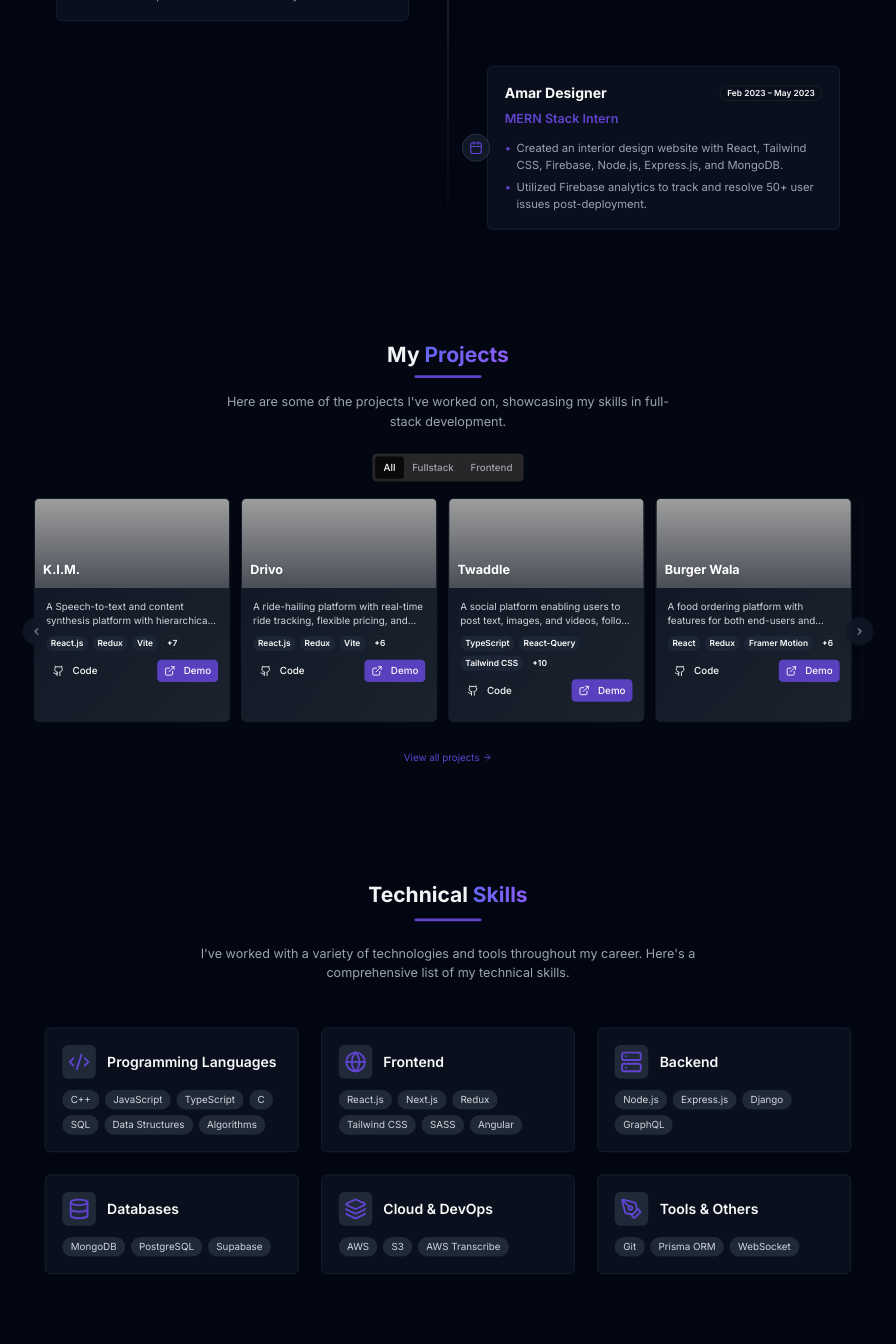
Repository: NoobCoderY/Yash
Page: /
The author's editor kept a copy of each file at every save. The page is drawn from the files as they stood at one save, then again after the next save.
The browser window is 1280 px wide. The pictures show the part of the page from y = 2510 to 4430 px (the page is 5536 px tall), at 70% of full size.
Pictures or frames that could not be fetched are drawn as grey boxes. The project was rebuilt for these pictures with package versions that can differ from the ones it lists, and the page was loaded fresh each time. The framework's server and built-in components were replaced by stand-ins that run in the browser. Also part of the build but not shown: next.config.mjs, app/actions/send-email.ts.

Above is the page before, as saved 2025-04-13 10:12:01.

### app/layout.tsx
import type React from "react"
import "./globals.css"
import type { Metadata } from "next"
import { Inter } from "next/font/google"
import { ThemeProvider } from "@/components/theme-provider"

const inter = Inter({ subsets: ["latin"] })

export const metadata: Metadata = {
  title: "Yash Diwaker | Full Stack Developer",
  description: "Portfolio of Yash Diwaker, Full Stack Developer specializing in MERN stack and AWS",
    generator: 'v0.dev'
}

export default function RootLayout({
  children,
}: Readonly<{
  children: React.ReactNode
}>) {
  return (
    <html lang="en" suppressHydrationWarning>
      <body className={inter.className}>
        <ThemeProvider attribute="class" defaultTheme="dark" enableSystem disableTransitionOnChange>
          {children}
        </ThemeProvider>
      </body>
    </html>
  )
}


import './globals.css'

### app/page.tsx
import Hero from "@/components/hero"
import Navbar from "@/components/navbar"
import About from "@/components/about"
import Experience from "@/components/experience"
import Projects from "@/components/projects"
import Skills from "@/components/skills"
import Contact from "@/components/contact"
import Footer from "@/components/footer"

export default function Home() {
  return (
    <div className="min-h-screen bg-gray-950 text-gray-100">
      <Navbar />
      <main className="container mx-auto px-4 sm:px-6 lg:px-8">
        <Hero />
        <About />
        <Experience />
        <Projects />
        <Skills />
        <Contact />
      </main>
      <Footer />
    </div>
  )
}

### components/projects.tsx
'use client';

import { useState, useRef } from 'react';
import { motion } from 'framer-motion';
import { useInView } from 'framer-motion';
import { Card, CardContent } from '@/components/ui/card';
import { Badge } from '@/components/ui/badge';
import { Button } from '@/components/ui/button';
import { Tabs, TabsContent, TabsList, TabsTrigger } from '@/components/ui/tabs';
import {
  ExternalLink,
  Github,
  ChevronLeft,
  ChevronRight,
  ArrowRight,
} from 'lucide-react';
import Link from 'next/link';

export default function Projects() {
  const ref = useRef(null);
  const carouselRef = useRef<HTMLDivElement>(null);
  const isInView = useInView(ref, { once: true, margin: '-100px' });
  const [activeTab, setActiveTab] = useState('all');

  const projects = [
    {
      title: 'K.I.M.',
      description:
        'A Speech-to-text and content synthesis platform with hierarchical management of companies, departments, and projects.',
      image: '/placeholder.svg?height=300&width=500',
      tags: [
        'React.js',
        'Redux',
        'Vite',
        'Django',
        'AWS Transcribe',
        'PostgreSQL',
        'Mistral AI',
        'FFMPEG',
        'Mailjet',
        'AWS S3',
      ],
      category: 'fullstack',
      github: '#',
      demo: '#',
    },
    {
      title: 'Drivo',
      description:
        'A ride-hailing platform with real-time ride tracking, flexible pricing, and geolocation services using WebSocket and Google Maps API.',
      image: '/placeholder.svg?height=300&width=500',
      tags: [
        'React.js',
        'Redux',
        'Vite',
        'Node.js',
        'Express.js',
        'WebSocket',
        'MongoDB',
        'Google Maps API',
        'Tailwind CSS',
      ],
      category: 'fullstack',
      github: '#',
      demo: '#',
    },
    {
      title: 'Twaddle',
      description:
        'A social platform enabling users to post text, images, and videos, follow others, and view personalized feeds using GraphQL and Prisma ORM.',
      image: '/placeholder.svg?height=300&width=500',
      tags: [
        'TypeScript',
        'React-Query',
        'Tailwind CSS',
        'Next.js',
        'AWS',
        'JSON Web Tokens',
        'Prisma ORM',
        'Google OAuth',
        'GraphQL',
        'Node.js',
        'Supabase',
        'PostgreSQL',
        'Codegen',
      ],
      category: 'fullstack',
      github: '#',
      demo: '#',
    },
    {
      title: 'Burger Wala',
      description:
        'A food ordering platform with features for both end-users and admins, including online payment integration with Razorpay.',
      image: '/placeholder.svg?height=300&width=500',
      tags: [
        'React',
        'Redux',
        'Framer Motion',
        'Express.js',
        'Node.js',
        'MongoDB',
        'Passport.js',
        'Razorpay',
        'Chart.js',
      ],
      category: 'fullstack',
      github: '#',
      demo: '#',
    },
    {
      title: 'Crypto Tracker',
      description:
        'A React-based cryptocurrency tracking application featuring live data charts, favorite coin management, and real-time price updates.',
      image: '/placeholder.svg?height=300&width=500',
      tags: [
        'React.js',
        'Redux',
        'Chart.js',
        'CoinGecko API',
        'Axios',
        'Tailwind CSS',
        'React Query',
        'LocalStorage',
        'Vite',
        'Framer Motion',
      ],
      category: 'frontend',
      github: '#',
      demo: '#',
    },
    {
      title: 'E-Commerce Admin Dashboard',
      description:
        'A comprehensive admin dashboard for managing e-commerce orders, products, and customer data with sales analytics.',
      image: '/placeholder.svg?height=300&width=500',
      tags: [
        'MongoDB',
        'Express.js',
        'React.js',
        'Node.js',
        'Redux',
        'Chart.js',
        'JWT Authentication',
        'Mongoose',
        'Tailwind CSS',
        'Axios',
        'React Table',
      ],
      category: 'fullstack',
      github: '#',
      demo: '#',
    },
    {
      title: 'Quiz Application',
      description:
        'An interactive quiz platform allowing users to create, share, and participate in quizzes across various categories.',
      image: '/placeholder.svg?height=300&width=500',
      tags: [
        'MongoDB',
        'Express.js',
        'React.js',
        'Node.js',
        'Redux',
        'Socket.io',
        'JWT Authentication',
        'Mongoose',
        'Tailwind CSS',
        'React Hook Form',
      ],
      category: 'fullstack',
      github: '#',
      demo: '#',
    },
  ];

  // Get unique categories
  const categories = [
    'all',
    ...new Set(projects.map((project) => project.category)),
  ];

  // Filter projects based on active tab
  const filteredProjects =
    activeTab === 'all'
      ? projects
      : projects.filter((project) => project.category === activeTab);

  const scroll = (direction: 'left' | 'right') => {
    if (carouselRef.current) {
      const { current } = carouselRef;
      const scrollAmount =
        direction === 'left' ? -current.clientWidth : current.clientWidth;
      current.scrollBy({ left: scrollAmount, behavior: 'smooth' });
    }
  };

  const cardVariants = {
    hidden: { opacity: 0, y: 20 },
    visible: (i: number) => ({
      opacity: 1,
      y: 0,
      transition: {
        delay: 0.05 * i,
        duration: 0.4,
      },
    }),
  };

  return (
    <section
      id='projects'
      className='py-16 overflow-hidden'
    >
      <div className='container mx-auto px-4'>
        <motion.div
          initial={{ opacity: 0, y: 20 }}
          animate={isInView ? { opacity: 1, y: 0 } : { opacity: 0, y: 20 }}
          transition={{ duration: 0.5 }}
          ref={ref}
          className='text-center mb-8'
        >
          <h2 className='text-3xl font-bold mb-3'>
            My <span className='gradient-text'>Projects</span>
          </h2>
          <div className='w-24 h-1 bg-primary mx-auto mb-5 rounded-full'></div>
          <p className='text-lg text-gray-400 max-w-2xl mx-auto'>
            Here are some of the projects I've worked on, showcasing my skills
            in full-stack development.
          </p>
        </motion.div>

        <Tabs
          defaultValue='all'
          value={activeTab}
          onValueChange={setActiveTab}
          className='mb-6'
        >
          <div className='flex justify-center mb-6'>
            <TabsList>
              {categories.map((category) => (
                <TabsTrigger
                  key={category}
                  value={category}
                  className='capitalize'
                >
                  {category}
                </TabsTrigger>
              ))}
            </TabsList>
          </div>

          <TabsContent
            value={activeTab}
            className='mt-0 relative'
          >
            <div className='absolute -left-4 top-1/2 -translate-y-1/2 z-10'>
              <Button
                variant='ghost'
                size='icon'
                className='rounded-full bg-gray-900/80 backdrop-blur-sm hover:bg-gray-800 shadow-lg'
                onClick={() => scroll('left')}
              >
                <ChevronLeft className='h-5 w-5' />
                <span className='sr-only'>Scroll left</span>
              </Button>
            </div>

            <div
              ref={carouselRef}
              className='flex overflow-x-auto gap-4 pb-4 snap-x snap-mandatory hide-scrollbar'
              style={{ scrollbarWidth: 'none', msOverflowStyle: 'none' }}
            >
              {filteredProjects.map((project, i) => (
                <motion.div
                  key={i}
                  custom={i}
                  variants={cardVariants}
                  initial='hidden'
                  animate={isInView ? 'visible' : 'hidden'}
                  className='min-w-[280px] max-w-[280px] snap-start'
                >
                  <Card className='h-[320px] bg-gradient-to-br from-gray-900/90 to-gray-800/80 border-gray-800 hover:border-primary/40 transition-all duration-300 overflow-hidden group relative'>
                    <div className='absolute inset-0 bg-gradient-to-br from-primary/10 to-purple-900/10 opacity-0 group-hover:opacity-100 transition-opacity duration-500'></div>

                    <div className='relative h-32 overflow-hidden'>
                      <img
                        src={project.image || '/placeholder.svg'}
                        alt={project.title}
                        className='w-full h-full object-cover transition-transform duration-700 group-hover:scale-110'
                      />
                      <div className='absolute inset-0 bg-gradient-to-t from-gray-900 to-transparent opacity-60'></div>
                      <div className='absolute bottom-0 left-0 w-full p-3'>
                        <h3 className='text-lg font-bold text-white drop-shadow-md'>
                          {project.title}
                        </h3>
                      </div>
                    </div>

                    <CardContent className='p-4'>
                      <p className='text-gray-300 text-sm mb-3 line-clamp-2 h-10'>
                        {project.description}
                      </p>

                      <div className='flex flex-wrap gap-1.5 mb-3'>
                        {project.tags.slice(0, 3).map((tag, index) => (
                          <Badge
                            key={index}
                            variant='secondary'
                            className='text-xs px-1.5 py-0.5 bg-gray-800/80'
                          >
                            {tag}
                          </Badge>
                        ))}
                        {project.tags.length > 3 && (
                          <Badge
                            variant='outline'
                            className='text-xs px-1.5 py-0.5'
                          >
                            +{project.tags.length - 3}
                          </Badge>
                        )}
                      </div>

                      <div className='flex justify-between mt-auto'>
                        <Link
                          href={project.github}
                          target='_blank'
                          rel='noopener noreferrer'
                        >
                          <Button
                            variant='ghost'
                            size='sm'
                            className='h-8 px-2.5'
                          >
                            <Github className='h-3.5 w-3.5 mr-1' />
                            Code
                          </Button>
                        </Link>
                        <Link
                          href={project.demo}
                          target='_blank'
                          rel='noopener noreferrer'
                        >
                          <Button
                            size='sm'
                            className='h-8 px-2.5 bg-primary/90 hover:bg-primary'
                          >
                            <ExternalLink className='h-3.5 w-3.5 mr-1' />
                            Demo
                          </Button>
                        </Link>
                      </div>
                    </CardContent>

                    <div className='absolute inset-0 bg-gradient-to-t from-black to-transparent opacity-0 group-hover:opacity-20 transition-opacity duration-300 pointer-events-none'></div>
                  </Card>
                </motion.div>
              ))}
            </div>

            <div className='absolute -right-4 top-1/2 -translate-y-1/2 z-10'>
              <Button
                variant='ghost'
                size='icon'
                className='rounded-full bg-gray-900/80 backdrop-blur-sm hover:bg-gray-800 shadow-lg'
                onClick={() => scroll('right')}
              >
                <ChevronRight className='h-5 w-5' />
                <span className='sr-only'>Scroll right</span>
              </Button>
            </div>

            <div className='flex justify-center mt-6'>
              <Link
                href='#'
                className='group inline-flex items-center text-sm text-primary hover:text-primary/80 transition-colors'
              >
                View all projects
                <ArrowRight className='ml-1 h-3.5 w-3.5 transition-transform group-hover:translate-x-0.5' />
              </Link>
            </div>
          </TabsContent>
        </Tabs>
      </div>
    </section>
  );
}

### components/ui/card.tsx
import * as React from "react"

import { cn } from "@/lib/utils"

const Card = React.forwardRef<
  HTMLDivElement,
  React.HTMLAttributes<HTMLDivElement>
>(({ className, ...props }, ref) => (
  <div
    ref={ref}
    className={cn(
      "rounded-lg border bg-card text-card-foreground shadow-sm",
      className
    )}
    {...props}
  />
))
Card.displayName = "Card"

const CardHeader = React.forwardRef<
  HTMLDivElement,
  React.HTMLAttributes<HTMLDivElement>
>(({ className, ...props }, ref) => (
  <div
    ref={ref}
    className={cn("flex flex-col space-y-1.5 p-6", className)}
    {...props}
  />
))
CardHeader.displayName = "CardHeader"

const CardTitle = React.forwardRef<
  HTMLDivElement,
  React.HTMLAttributes<HTMLDivElement>
>(({ className, ...props }, ref) => (
  <div
    ref={ref}
    className={cn(
      "text-2xl font-semibold leading-none tracking-tight",
      className
    )}
    {...props}
  />
))
CardTitle.displayName = "CardTitle"

const CardDescription = React.forwardRef<
  HTMLDivElement,
  React.HTMLAttributes<HTMLDivElement>
>(({ className, ...props }, ref) => (
  <div
    ref={ref}
    className={cn("text-sm text-muted-foreground", className)}
    {...props}
  />
))
CardDescription.displayName = "CardDescription"

const CardContent = React.forwardRef<
  HTMLDivElement,
  React.HTMLAttributes<HTMLDivElement>
>(({ className, ...props }, ref) => (
  <div ref={ref} className={cn("p-6 pt-0", className)} {...props} />
))
CardContent.displayName = "CardContent"

const CardFooter = React.forwardRef<
  HTMLDivElement,
  React.HTMLAttributes<HTMLDivElement>
>(({ className, ...props }, ref) => (
  <div
    ref={ref}
    className={cn("flex items-center p-6 pt-0", className)}
    {...props}
  />
))
CardFooter.displayName = "CardFooter"

export { Card, CardHeader, CardFooter, CardTitle, CardDescription, CardContent }

### components/ui/badge.tsx
import * as React from "react"
import { cva, type VariantProps } from "class-variance-authority"

import { cn } from "@/lib/utils"

const badgeVariants = cva(
  "inline-flex items-center rounded-full border px-2.5 py-0.5 text-xs font-semibold transition-colors focus:outline-none focus:ring-2 focus:ring-ring focus:ring-offset-2",
  {
    variants: {
      variant: {
        default:
          "border-transparent bg-primary text-primary-foreground hover:bg-primary/80",
        secondary:
          "border-transparent bg-secondary text-secondary-foreground hover:bg-secondary/80",
        destructive:
          "border-transparent bg-destructive text-destructive-foreground hover:bg-destructive/80",
        outline: "text-foreground",
      },
    },
    defaultVariants: {
      variant: "default",
    },
  }
)

export interface BadgeProps
  extends React.HTMLAttributes<HTMLDivElement>,
    VariantProps<typeof badgeVariants> {}

function Badge({ className, variant, ...props }: BadgeProps) {
  return (
    <div className={cn(badgeVariants({ variant }), className)} {...props} />
  )
}

export { Badge, badgeVariants }

### components/ui/input.tsx
import * as React from "react"

import { cn } from "@/lib/utils"

const Input = React.forwardRef<HTMLInputElement, React.ComponentProps<"input">>(
  ({ className, type, ...props }, ref) => {
    return (
      <input
        type={type}
        className={cn(
          "flex h-10 w-full rounded-md border border-input bg-background px-3 py-2 text-base ring-offset-background file:border-0 file:bg-transparent file:text-sm file:font-medium file:text-foreground placeholder:text-muted-foreground focus-visible:outline-none focus-visible:ring-2 focus-visible:ring-ring focus-visible:ring-offset-2 disabled:cursor-not-allowed disabled:opacity-50 md:text-sm",
          className
        )}
        ref={ref}
        {...props}
      />
    )
  }
)
Input.displayName = "Input"

export { Input }

### components/ui/popover.tsx
"use client"

import * as React from "react"
import * as PopoverPrimitive from "@radix-ui/react-popover"

import { cn } from "@/lib/utils"

const Popover = PopoverPrimitive.Root

const PopoverTrigger = PopoverPrimitive.Trigger

const PopoverContent = React.forwardRef<
  React.ElementRef<typeof PopoverPrimitive.Content>,
  React.ComponentPropsWithoutRef<typeof PopoverPrimitive.Content>
>(({ className, align = "center", sideOffset = 4, ...props }, ref) => (
  <PopoverPrimitive.Portal>
    <PopoverPrimitive.Content
      ref={ref}
      align={align}
      sideOffset={sideOffset}
      className={cn(
        "z-50 w-72 rounded-md border bg-popover p-4 text-popover-foreground shadow-md outline-none data-[state=open]:animate-in data-[state=closed]:animate-out data-[state=closed]:fade-out-0 data-[state=open]:fade-in-0 data-[state=closed]:zoom-out-95 data-[state=open]:zoom-in-95 data-[side=bottom]:slide-in-from-top-2 data-[side=left]:slide-in-from-right-2 data-[side=right]:slide-in-from-left-2 data-[side=top]:slide-in-from-bottom-2",
        className
      )}
      {...props}
    />
  </PopoverPrimitive.Portal>
))
PopoverContent.displayName = PopoverPrimitive.Content.displayName

export { Popover, PopoverTrigger, PopoverContent }

Loaded but not shown: components/theme-provider.tsx (common file); components/ui/textarea.tsx (common file); hooks/use-toast.ts (common file); lib/utils.ts (common file); tailwind.config.ts (common file); components/contact.tsx (244 lines, source omitted); components/hero.tsx (166 lines, source omitted); components/experience.tsx (114 lines, source omitted); components/skills.tsx (126 lines, source omitted); components/navbar.tsx (107 lines, source omitted); components/about.tsx (86 lines, source omitted); components/footer.tsx (79 lines, source omitted); app/globals.css (141 lines, source omitted); components/ui/button.tsx (56 lines, source omitted); components/ui/tabs.tsx (55 lines, source omitted)

After the next save:
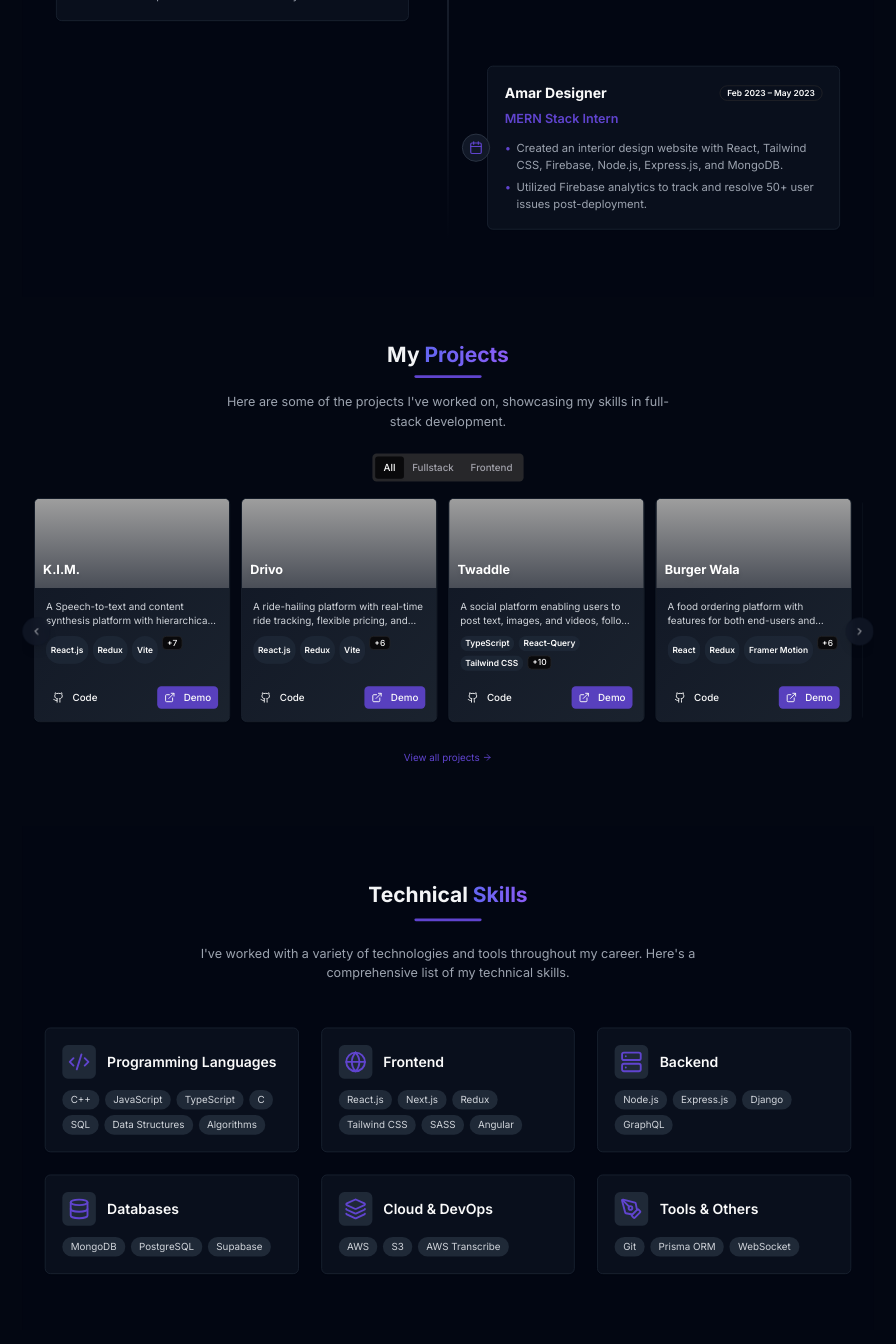
Saved 5 min 33 s later.
--- a/components/projects.tsx
+++ b/components/projects.tsx
@@ -15,6 +15,11 @@ import {
   ArrowRight,
 } from 'lucide-react';
 import Link from 'next/link';
+import {
+  Popover,
+  PopoverContent,
+  PopoverTrigger,
+} from '@/components/ui/popover';
 
 export default function Projects() {
   const ref = useRef(null);
@@ -297,12 +302,12 @@ export default function Projects() {
                       </div>
                     </div>
 
-                    <CardContent className='p-4'>
+                    <CardContent className='p-4 flex flex-col h-[188px]'>
                       <p className='text-gray-300 text-sm mb-3 line-clamp-2 h-10'>
                         {project.description}
                       </p>
 
-                      <div className='flex flex-wrap gap-1.5 mb-3'>
+                      <div className='flex flex-wrap gap-1.5 h-[40px]'>
                         {project.tags.slice(0, 3).map((tag, index) => (
                           <Badge
                             key={index}
@@ -313,12 +318,30 @@ export default function Projects() {
                           </Badge>
                         ))}
                         {project.tags.length > 3 && (
-                          <Badge
-                            variant='outline'
-                            className='text-xs px-1.5 py-0.5'
-                          >
-                            +{project.tags.length - 3}
-                          </Badge>
+                          <Popover>
+                            <PopoverTrigger asChild>
+                              <Button
+                                variant='outline'
+                                size='sm'
+                                className='h-5 text-xs px-1.5 py-0'
+                              >
+                                +{project.tags.length - 3}
+                              </Button>
+                            </PopoverTrigger>
+                            <PopoverContent className='w-auto p-2 bg-gray-900 border-gray-800'>
+                              <div className='flex flex-wrap gap-1.5 max-w-[250px]'>
+                                {project.tags.slice(3).map((tag, index) => (
+                                  <Badge
+                                    key={index}
+                                    variant='secondary'
+                                    className='text-xs px-1.5 py-0.5 bg-gray-800/80'
+                                  >
+                                    {tag}
+                                  </Badge>
+                                ))}
+                              </div>
+                            </PopoverContent>
+                          </Popover>
                         )}
                       </div>
 
